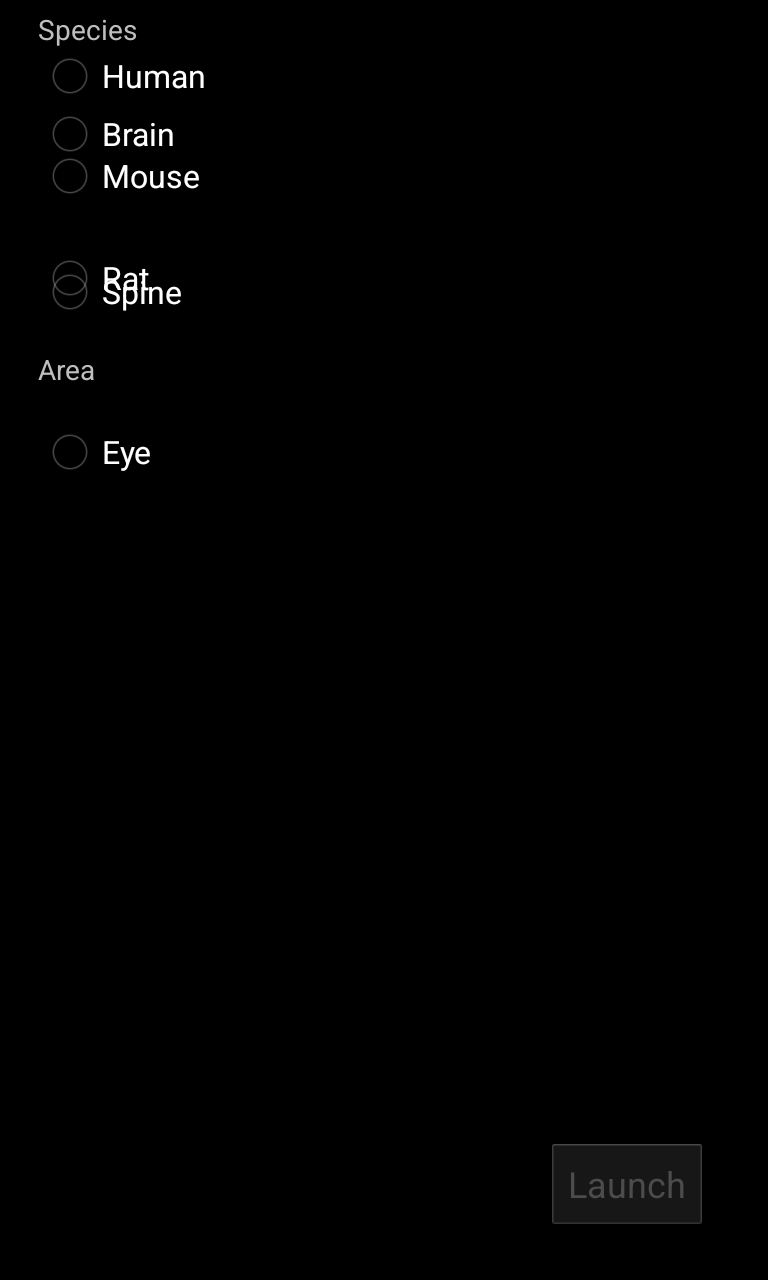
Repository: Ekarg/CSCE315Project3
Layout: Project3/res/layout/activity_main.xml
An editor plug-in stored every save of this project. The layout is shown before and after the next save, followed by the edit.
It is drawn on a 768 x 1280 px phone screen (xhdpi) without system bars, with theme android:Theme.Holo; the app's code is not run.

Above is the layout before, as saved 2013-11-27 19:56:05.

### Project3/res/layout/activity_main.xml
<RelativeLayout xmlns:android="http://schemas.android.com/apk/res/android"
    xmlns:tools="http://schemas.android.com/tools"
    android:layout_width="match_parent"
    android:layout_height="match_parent"
    android:paddingBottom="5dp"
    android:paddingLeft="5dp"
    android:paddingRight="5dp"
    android:paddingTop="5dp"
    tools:context=".MainActivity" >

    <Button
        android:id="@+id/button1"
        android:layout_width="wrap_content"
        android:layout_height="wrap_content"
        android:layout_alignParentBottom="true"
        android:layout_alignParentRight="true"
        android:layout_marginBottom="19dp"
        android:layout_marginRight="24dp"
        android:enabled = "false"
		android:onClick="launch"
        android:text="@string/Button" />

    <TextView
        android:id="@+id/textView1"
        android:layout_width="wrap_content"
        android:layout_height="wrap_content"
        android:layout_marginLeft="14dp"
        android:layout_alignParentTop="true"
        android:text="@string/species" />

   <RadioGroup
        android:id="@+id/radioGroup1"
        android:layout_width="fill_parent"
        android:layout_height="wrap_content"
        android:layout_alignParentTop="true"
        android:layout_centerHorizontal="true"
        android:orientation="vertical" >

        <RadioButton
            android:id="@+id/radioButton1"
            android:layout_width="wrap_content"
            android:layout_height="wrap_content"
            android:layout_marginLeft="14dp"
            android:checked = "false"
            android:layout_marginTop="17dp"
            android:text="@string/human"
            android:onClick="onRadioButtonClicked"/>

        <RadioButton
            android:id="@+id/radioButton2"
            android:layout_width="wrap_content"
            android:layout_height="wrap_content"
            android:layout_marginLeft="14dp"
            android:checked = "false"
            android:layout_marginTop="18dp"
            android:text="@string/mouse"
            android:onClick="onRadioButtonClicked"/>

        <RadioButton
            android:id="@+id/radioButton3"
            android:layout_width="wrap_content"
            android:layout_height="wrap_content"
            android:layout_marginLeft="14dp"
            android:checked = "false"
            android:layout_marginTop="19dp"
            android:text="@string/rat"
            android:onClick="onRadioButtonClicked"/>
    </RadioGroup>

    <TextView
        android:id="@+id/textView2"
        android:layout_width="wrap_content"
        android:layout_height="wrap_content"
        android:layout_alignLeft="@+id/textView1"
        android:layout_below="@+id/radioGroup1"
        android:layout_marginTop="20dp"
        android:text="@string/area"
        android:onClick="onRadioButtonClicked" />

     <RadioGroup
        android:id="@+id/radioGroup2"
        android:layout_width="fill_parent"
        android:layout_height="wrap_content"
        android:checked = "false"
        android:layout_centerHorizontal="true"
        android:orientation="vertical" >

	    <RadioButton
	        android:id="@+id/radioButton5"
	        android:layout_width="wrap_content"
	        android:layout_height="wrap_content"
	        android:checked = "false"
	        android:layout_marginLeft="14dp"
	        android:layout_marginTop="46dp"
	        android:text="@string/brain"
	        android:onClick="onRadioButtonClicked" />

	    <RadioButton
	        android:id="@+id/radioButton4"
	        android:layout_width="wrap_content"
	        android:layout_height="wrap_content"
	        android:checked = "false"
	        android:layout_marginLeft="14dp"
	        android:layout_marginTop="47dp"
	        android:text="@string/spine"
	        android:onClick="onRadioButtonClicked"/>

	     <RadioButton
         android:id="@+id/radioButton6"
         android:layout_width="wrap_content"
         android:layout_height="wrap_content"
         android:checked = "false"
         android:layout_marginLeft="14dp"
         android:layout_marginTop="48dp"
         android:text="@string/eye"
         android:onClick="onRadioButtonClicked" />
	</RadioGroup>



</RelativeLayout>

### Project3/res/values/strings.xml
<?xml version="1.0" encoding="utf-8"?>
<resources>

    <string name="app_name">Show Me the.... Neuron!</string>
    <string name="action_settings">Settings</string>
    <string name="hello_world">Hello world!</string>
    <string name="Button">Launch</string>
    <string name="title_activity_second">Neuron Display</string>
    <string name="species">Species</string>
    <string name="human">Human</string>
    <string name="mouse">Mouse</string>
    <string name="rat">Rat</string>
    <string name="area">Area</string>
    <string name="eye">Eye</string>
    <string name="brain">Brain</string>
    <string name="spine">Spine</string>


</resources>

After the next save:
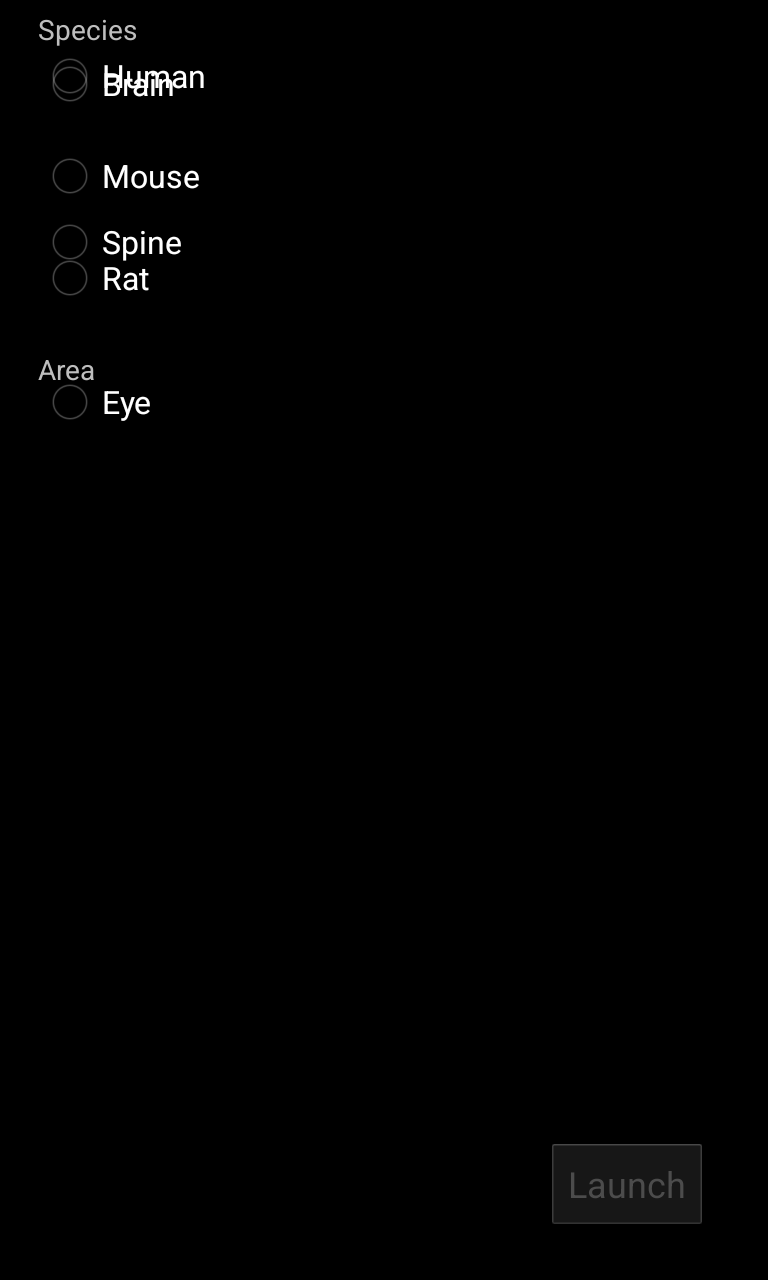
Saved 20 s later.
--- a/Project3/res/layout/activity_main.xml
+++ b/Project3/res/layout/activity_main.xml
@@ -91,7 +91,7 @@
 	        android:layout_height="wrap_content"
 	        android:checked = "false"
 	        android:layout_marginLeft="14dp"
-	        android:layout_marginTop="46dp"
+	        android:layout_marginTop="21dp"
 	        android:text="@string/brain"
 	        android:onClick="onRadioButtonClicked" />
 
